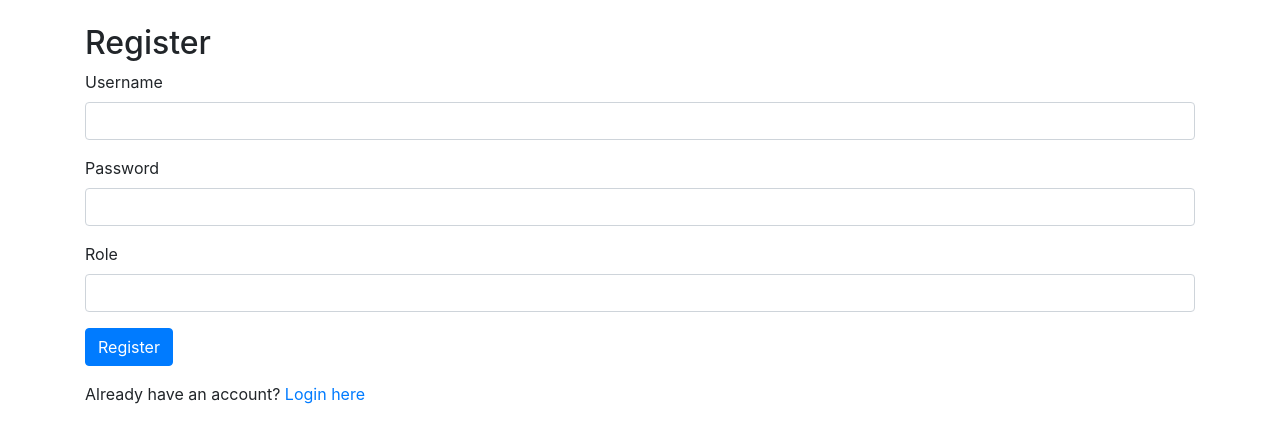
Repository: Stoldark/PLMUN
Page: http://localhost/register
An editor plug-in stored every save of this project. The page is shown before and after the next save, followed by the edit.
The browser window is 1280 px wide. The pictures show the whole page.
The page is served by the project's application, run on Flask 3 (tempCodeRunnerFile.py).

Above is the page before, as saved 2024-09-22 16:41:10.

### templates/register.html
<!doctype html>
<html lang="en">
<head>
    <meta charset="utf-8">
    <meta name="viewport" content="width=device-width, initial-scale=1">
    <title>Register</title>
    <link rel="stylesheet" href="https://stackpath.bootstrapcdn.com/bootstrap/4.5.2/css/bootstrap.min.css">
</head>
<body>
    <div class="container mt-4">
        <h2>Register</h2>
        <form method="POST" action="{{ url_for('register') }}">
            {{ form.hidden_tag() }}
            <div class="form-group">
                {{ form.username.label(class="form-label") }}
                {{ form.username(class="form-control") }}
            </div>
            <div class="form-group">
                {{ form.password.label(class="form-label") }}
                {{ form.password(class="form-control") }}
            </div>
            <div class="form-group">
                {{ form.role.label(class="form-label") }}
                {{ form.role(class="form-control") }}
            </div>
            <div class="form-group">
                {{ form.submit(class="btn btn-primary") }}
            </div>
        </form>
        <p class="mt-2">Already have an account? <a href="{{ url_for('login') }}">Login here</a></p>
    </div>
</body>
</html>

### tempCodeRunnerFile.py
from flask import Flask, render_template, request, redirect, session, url_for, flash, jsonify
from flask_wtf import FlaskForm
from wtforms import StringField, PasswordField, SubmitField
from wtforms.validators import DataRequired, Length
from flask_bcrypt import Bcrypt
from flask_login import LoginManager, UserMixin, login_user, logout_user, login_required, current_user
import sqlite3
import os

# Initialize Flask app
app = Flask(__name__)

# Set the secret key for session management
app.config['SECRET_KEY'] = 'your_secret_key'  # Change this to a secure key

# Initialize extensions
bcrypt = Bcrypt(app)
login_manager = LoginManager(app)
login_manager.login_view = 'login'

# Database connection function
def get_db_connection():
    conn = sqlite3.connect('inventory.db')
    conn.row_factory = sqlite3.Row
    return conn

# User model for Flask-Login
class User(UserMixin):
    def __init__(self, id, username, role):
        self.id = id
        self.username = username
        self.role = role

# User loader for Flask-Login
@login_manager.user_loader
def load_user(user_id):
    conn = get_db_connection()
    user = conn.execute('SELECT * FROM users WHERE id = ?', (user_id,)).fetchone()
    conn.close()
    if user:
        return User(user['id'], user['username'], user['role'])
    return None

# Registration form
class RegistrationForm(FlaskForm):
    username = StringField('Username', validators=[DataRequired(), Length(min=4, max=25)])
    password = PasswordField('Password', validators=[DataRequired(), Length(min=6, max=35)])
    role = StringField('Role', validators=[DataRequired()])
    submit = SubmitField('Register')

# Login form
class LoginForm(FlaskForm):
    username = StringField('Username', validators=[DataRequired()])
    password = PasswordField('Password', validators=[DataRequired()])
    submit = SubmitField('Login')

# Route to show inventory items
@app.route('/')
@login_required
def index():
    conn = get_db_connection()
    items = conn.execute('SELECT * FROM items').fetchall()
    conn.close()
    return render_template('index.html', items=items)

# Route to add an item
@app.route('/add', methods=('GET', 'POST'))
@login_required
def add_item():
    if request.method == 'POST':
        name = request.form['name']
        quantity = request.form['quantity']
        price = request.form['price']

        conn = get_db_connection()
        conn.execute('INSERT INTO items (name, quantity, price) VALUES (?, ?, ?)',
                     (name, quantity, price))
        conn.commit()
        conn.close()

        return redirect('/')
    return render_template('add.html')

# Route to edit an item
@app.route('/edit/<int:id>', methods=('GET', 'POST'))
@login_required
def edit_item(id):
    conn = get_db_connection()
    item = conn.execute('SELECT * FROM items WHERE id = ?', (id,)).fetchone()

    if request.method == 'POST':
        name = request.form['name']
        quantity = request.form['quantity']
        price = request.form['price']
        conn.execute('UPDATE items SET name = ?, quantity = ?, price = ? WHERE id = ?',
                     (name, quantity, price, id))
        conn.commit()
        conn.close()
        return redirect('/')

    conn.close()
    return render_template('edit.html', item=item)

# Route to delete an item
@app.route('/delete/<int:id>', methods=['POST'])
@login_required
def delete_item(id):
    conn = get_db_connection()
    conn.execute('DELETE FROM items WHERE id = ?', (id,))
    conn.commit()
    conn.close()
    return redirect('/')

# Registration route
@app.route('/register', methods=['GET', 'POST'])
def register():
    form = RegistrationForm()
    if form.validate_on_submit():
        username = form.username.data
        password = bcrypt.generate_password_hash(form.password.data).decode('utf-8')
        role = form.role.data

        conn = get_db_connection()
        conn.execute('INSERT INTO users (username, password, role) VALUES (?, ?, ?)',
                     (username, password, role))
        conn.commit()
        conn.close()

        flash('Registration successful! You can now log in.')
        return redirect(url_for('login'))
    return render_template('register.html', form=form)

# Login route
@app.route('/login', methods=['GET', 'POST'])
def login():
    form = LoginForm()
    if form.validate_on_submit():
        username = form.username.data
        password = form.password.data

        conn = get_db_connection()
        user = conn.execute('SELECT * FROM users WHERE username = ?', (username,)).fetchone()
        conn.close()

        if user and bcrypt.check_password_hash(user['password'], password):
            login_user(User(user['id'], user['username'], user['role']))
            return redirect('/')
        else:
            flash('Login Unsuccessful. Please check your username and password', 'danger')

    return render_template('login.html', form=form)

# Logout route
@app.route('/logout')
@login_required
def logout():
    logout_user()
    return redirect(url_for('index'))

# API Endpoint to get inventory items
@app.route('/api/items', methods=['GET'])
@login_required
def api_get_items():
    conn = get_db_connection()
    items = conn.execute('SELECT * FROM items').fetchall()
    conn.close()
    return jsonify([dict(item) for item in items])

# API Endpoint to add an item
@app.route('/api/items', methods=['POST'])
@login_required
def api_add_item():
    data = request.get_json()
    name = data.get('name')
    quantity = data.get('quantity')
    price = data.get('price')

    conn = get_db_connection()
    conn.execute('INSERT INTO items (name, quantity, price) VALUES (?, ?, ?)',
                 (name, quantity, price))
    conn.commit()
    conn.close()

    return jsonify({'message': 'Item added successfully'}), 201

# API Endpoint to update an item
@app.route('/api/items/<int:id>', methods=['PUT'])
@login_required
def api_update_item(id):
    data = request.get_json()
    name = data.get('name')
    quantity = data.get('quantity')
    price = data.get('price')

    conn = get_db_connection()
    conn.execute('UPDATE items SET name = ?, quantity = ?, price = ? WHERE id = ?',
                 (name, quantity, price, id))
    conn.commit()
    conn.close()

    return jsonify({'message': 'Item updated successfully'})

# API Endpoint to delete an item
@app.route('/api/items/<int:id>', methods=['DELETE'])
@login_required
def api_delete_item(id):
    conn = get_db_connection()
    conn.execute('DELETE FROM items WHERE id = ?', (id,))
    conn.commit()
    conn.close()

    return jsonify({'message': 'Item deleted successfully'})

# Run the app
if __name__ == "__main__":
    port = int(os.environ.get("PORT", 10000))  # Use PORT environment variable or default to 10000
    app.run(host="0.0.0.0", port=port, debug=True)

After the next save:
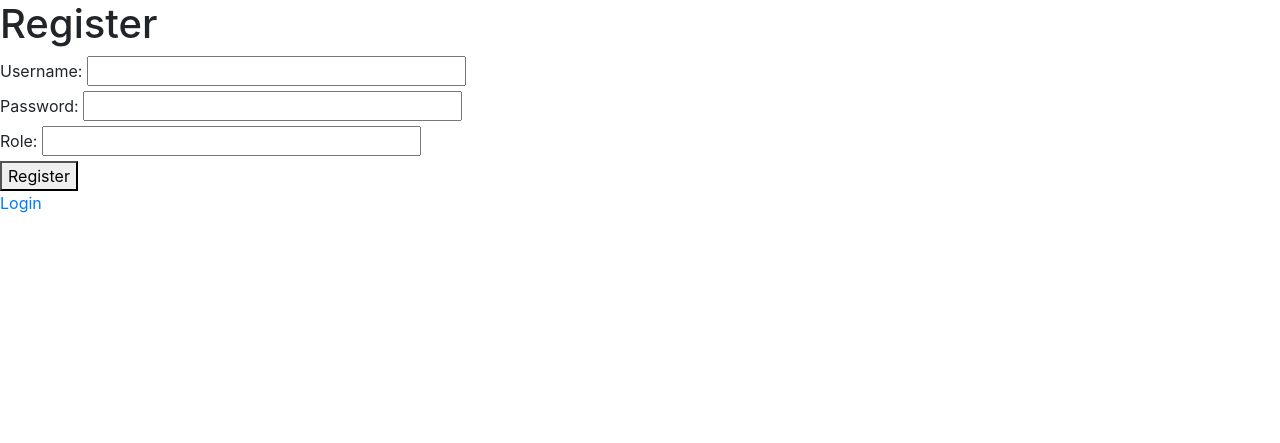
Saved 14 s later.
--- a/templates/register.html
+++ b/templates/register.html
@@ -1,33 +1,26 @@
-<!doctype html>
+<!DOCTYPE html>
 <html lang="en">
 <head>
-    <meta charset="utf-8">
-    <meta name="viewport" content="width=device-width, initial-scale=1">
+    <meta charset="UTF-8">
+    <meta name="viewport" content="width=device-width, initial-scale=1.0">
     <title>Register</title>
     <link rel="stylesheet" href="https://stackpath.bootstrapcdn.com/bootstrap/4.5.2/css/bootstrap.min.css">
 </head>
 <body>
-    <div class="container mt-4">
-        <h2>Register</h2>
-        <form method="POST" action="{{ url_for('register') }}">
-            {{ form.hidden_tag() }}
-            <div class="form-group">
-                {{ form.username.label(class="form-label") }}
-                {{ form.username(class="form-control") }}
-            </div>
-            <div class="form-group">
-                {{ form.password.label(class="form-label") }}
-                {{ form.password(class="form-control") }}
-            </div>
-            <div class="form-group">
-                {{ form.role.label(class="form-label") }}
-                {{ form.role(class="form-control") }}
-            </div>
-            <div class="form-group">
-                {{ form.submit(class="btn btn-primary") }}
-            </div>
-        </form>
-        <p class="mt-2">Already have an account? <a href="{{ url_for('login') }}">Login here</a></p>
-    </div>
+    <h1>Register</h1>
+    <form method="post">
+        {{ form.hidden_tag() }}
+        <label for="username">Username:</label>
+        {{ form.username(size=32) }}<br>
+
+        <label for="password">Password:</label>
+        {{ form.password(size=32) }}<br>
+
+        <label for="role">Role:</label>
+        {{ form.role(size=32) }}<br>
+
+        <button type="submit">Register</button>
+    </form>
+    <a href="{{ url_for('login') }}">Login</a>
 </body>
 </html>
